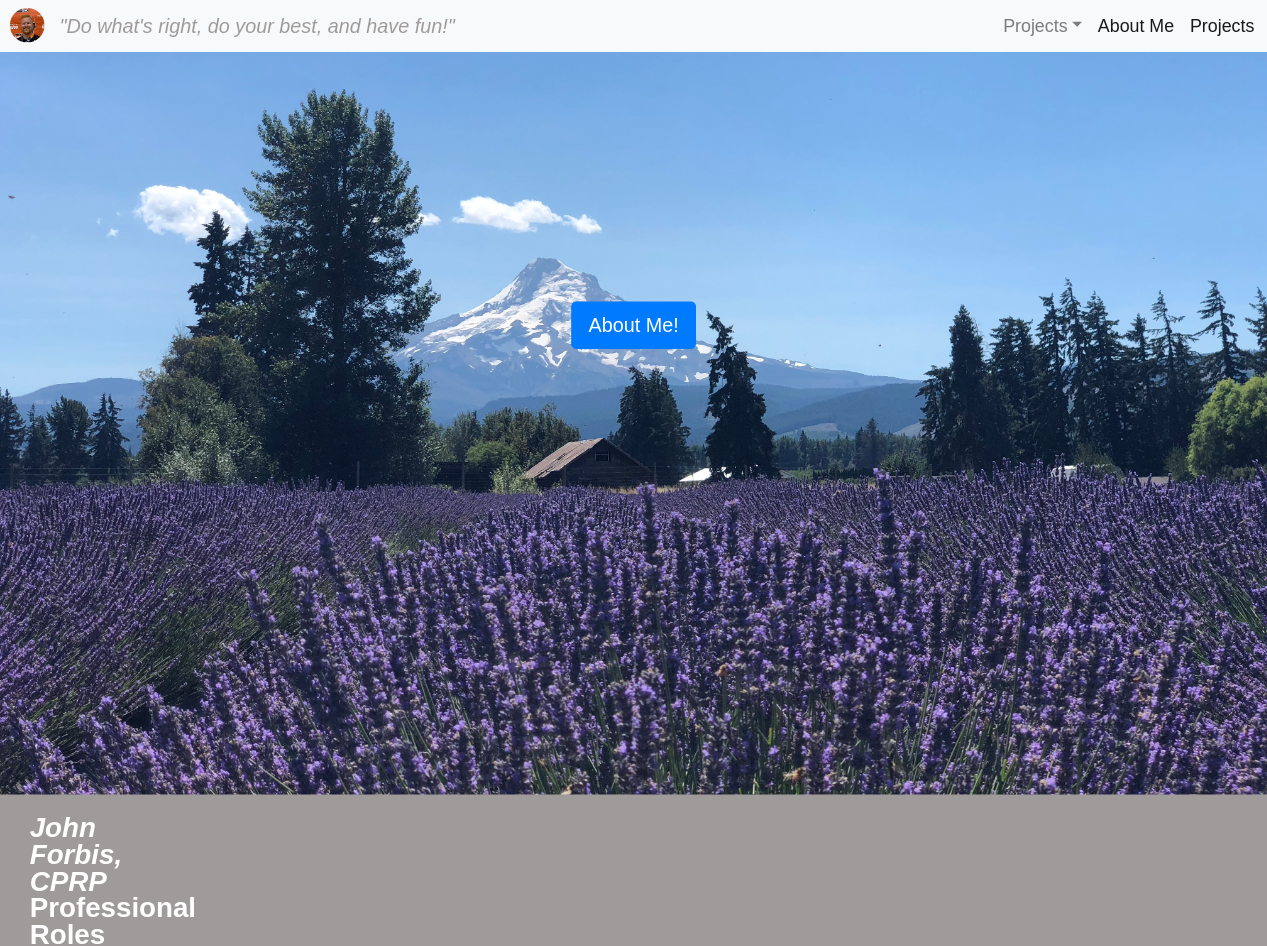
Repository: jforbis/john-forbis-data-analyst
Page: index.html
These files come from the project's save history. The page is drawn as it stood at one moment and after the next save; the edit follows.
The browser window is 1280 px wide. The pictures show the part of the page from y = 0 to 956 px (the page is 1868 px tall before and 1841 px after), at 99% of full size.
A picture or video elsewhere on the page could not be fetched, so the positions and the page height are approximate. Backgrounds fixed to the window are drawn as part of the page.

Above is the page before, as saved 2021-04-21 17:10:54.

### index.html
<!DOCTYPE html>
<html lang="en">

<head>
<meta charset="UTF-8">
<title class="text">John Forbis, CPRP</title>
<!--Bootstrap style sheet-->
<link rel="stylesheet" href="https://stackpath.bootstrapcdn.com/bootstrap/4.3.1/css/bootstrap.min.css" integrity="sha384-ggOyR0iXCbMQv3Xipma34MD+dH/1fQ784/j6cY/iJTQUOhcWr7x9JvoRxT2MZw1T" crossorigin="anonymous">
<!--link to style sheet-->
<link rel="stylesheet" type="text/css" href="static/css/style.css">
</head>

<!--Top Nav Bar-->
<nav class="navbar-expand-lg navbar-light bg-light nav-color navbar nav">
    <a class="navbar-brand" href="about_me.html">
        <img class="headshot-sm" src="resources/images/headshot.jpg">
    </a>
    <a class="navbar-brand" id="tagline" href="index.html"> <i>"Do what's right, do your best, and have fun!"</i></a>
    <button class="navbar-toggler" type="button" data-bs-toggle="collapse" data-bs-target="#navbarSupportedContent"
        aria-controls="navbarSupportedContent" aria-expanded="false" aria-label="Toggle navigation">
        <span class="navbar-toggler-icon"></span>
    </button>
    <div class="collapse navbar-collapse justify-content-end" id="navbarSupportedContent">
        <div class="nav navbar-nav navbar-right">
            <ul class="navbar-nav me-auto mb-2 mb-lg-0">
                <li class="nav-item dropdown">
                    <a class="nav-link dropdown-toggle" href="#" id="navbarDropdown" role="button"
                        data-bs-toggle="dropdown" aria-expanded="false">Projects</a>
                    <ul class="dropdown-menu" aria-labelledby="navbarDropdown">
                        <a class="dropdown-item" href="#">Schooling</a>
                        <a class="dropdown-item" href="#">Career</a>
                        <a class="dropdown-item" href="#">Accolades</a>
                    </ul>
                </li>
                <li class="nav-item active">
                    <a class="nav-link" href="#">About Me </a>
                </li>
                <li class="nav-item active">
                    <a class="nav-link" href="#">Projects </a>
                </li>
            </ul>
        </div>
    </div>
</nav>

<div class="wrapper">
    <!-- <nav class="navbar navbar-default">
        <div class="container-fluid">
        <div class="navbar-header">
            <!-- <a class="navbar-brand" href="index.html">UFO Sightings
            <img class="nav-ufo" src="resources/images/headshot.jpg">
            </a> -->
        <!-- </div>
        </div>
    </nav> -->
    <div class="hero text-center">
        <h1 class="text"><b>JOHN FORBIS, CPRP</b></h1>
        <p><a class="btn btn-primary btn-lg" href="#me" role="button">About Me!</a></p>
    </div>

<body>
    <div class="col-2" style="margin-top: 20px">
            <div class="col-md-2" id="me">
                <strong><i>John Forbis, CPRP</i></strong>
                <strong>Professional Roles</strong>
            </div>
    </div>
    <hr>
    <table>
        <tr>
            <td style="vertical-align:top;">
                <div class="card" style="width: 40rem; margin-top: 20px">
                    <div><img src="resources/images/headshot.jpg" class="headshot-md" alt="John Forbis"</div>
                    <div class="card-body">
                        <h5 class="card-title"><b>Who I Am:</b></h5>
                        <p class="card-text">
                        <div id="whoiam"><i><b>Data analyst with a passion for innovation, data analysis and keeping it fun!</b></i></div>
                        <br>
                        With a background in public service, facility management, and leadership of
                        muli-level teams as well as extensive training in both leadership and data analytics
                        through the Leadership Intensive program by The Changing Point and the University
                        of Kansas Data Analytics boot camp respectively, I would make a great addition
                        to any team. Acquired skills in: advanced Excel, Tableau, PowerBI, Python, Pandas, API calls,
                        SQL, Java Script, flask app, and Machine Learning.
                        <br><br>
                        I enjoy a good problem needing solved
                        and love to utilize data to tell the story. I am a proven innovator in my
                        career with a ‘can-do’ mindset; always searching for new and better solutions.
                        </p>
                    <a target=blank href="https://www.linkedin.com/in/john-forbis-cprp-96921513/" class="btn btn-primary">Connect with me!</a>
                    </div>
                </div>
            </td>
            <td style="vertical-align:bottom">
                <div class="second_card" style="width: 40rem;">
                        <div class="card-body">
                            <table style="margin-top: 39px">
                                <tr>
                                <td>
                                    <div class="career-card" style="width: 18rem;">
                                        <img class="card-img-career" src="resources/images/cp.png" alt="CivicPlus">
                                        <div class="career-card-body">
                                        <h5 class="career-title">CivicPlus</h5>
                                        <p class="career-text">Implementation Consultant</p>
                                        <a target=new href="https://www.civicplus.com/" class="btn btn-primary">Learn about CivicPlus</a>
                                        </div>
                                    </div>
                                </td>
                                    <td>
                                        <div class="career-card" style="width: 18rem;">
                                            <img class="card-img-career" src="resources/images/Lenexa.jpg" alt="City of Lenexa" style="padding: 28.6px">
                                            <div class="career-card-body">
                                            <h5 class="career-title">City of Lenexa</h5>
                                            <p class="career-text">Rec Center Manager</p>
                                            <a target=new href="https://www.lenexa.com/government/departments___divisions/recreation_center" class="btn btn-primary">Learn about LRC</a>
                                            </div>
                                        </div>
                                    </td>
                                </tr>
                                <tr>
                                    <td>Member Services Supervisor
                                        <a href="visualizations/cloudiness.html">
                                            <img src="Resources/assets/images/Fig3.png" class="card-img-top" alt="...">
                                    </a>
                                    </td>
                                    <td>Recreation Services Manager
                                        <a href="visualizations/windspeed.html">
                                            <img src="Resources/assets/images/Fig3.png" class="card-img-top" alt="...">
                                        </a>
                                    </td>
                                </tr>
                                <tr>
                                    <td>Recreation Specialist
                                        </br>
                                        </br>
                                        </br>
                                        </br>
                                        </br>
                                        </br>
                                        </br>
                                        </br>
                                        </br>
                                    </td>
                                </tr>
                                <tr>
                                    <td></td>
                                </tr>
                                <tr>
                                    <td></td>
                                </tr>
                                <tr>
                                    <td></td>
                                </tr>
                                <tr>
                                    <td></td>
                                </tr>
                                <tr>
                                    <td></td>
                                </tr>
                                <tr>
                                    <td></td>
                                </tr>
                            </table>
                        </div>
                </div>
            </td>
        </tr>
    </table>
</div>
</body>

<!--<table>
    <tr>
      <th>Month</th>
      <th>Savings</th>
    </tr>
    <tr>
      <td>January</td>
      <td>$100</td>
    </tr>
    <tr>
      <td>February</td>
      <td>$80</td>
    </tr>
    <tr>
      <td colspan="2">Sum: $180</td>
    </tr>
  </table>-->

### static/css/style.css
/* Styling for HTML elements */
body {
padding: 0;
margin: 0;
font-family: Georgia, "Times New Roman", Times, serif;
font-size: 18px;
line-height: 150%;
color: rgb(255, 255, 255);
background: #9f9b9b;
}

.container {
    width: 2000px;
}

.row {
    width: 1125px;
}

.vert1 {
    border-left: thick solid #ffffff;
}

#me {
    font-size: 28px;
    text-align: left;
}

#pr {
    font-size: 28px;
    text-align: center;
}

#career-img {
    width: 30px;
}
.dropdown {
position: relative;
display: inline-block;
}

.dropdown-menu {
display: none;
position: absolute;
background-color: #f9f9f9;
min-width: 160px;
box-shadow: 0px 8px 16px 0px rgba(0,0,0,0.2);
padding: 12px 16px;
z-index: 1;
}

.dropdown:hover .dropdown-menu {
display: block;
}

h1 {
padding: 15px;
margin: 10px;
color: white
}

h3 {
margin-left: 35px;
color: white;
font-size: 16px
}

hr {
height: 12px;
background-color: white
}

.card {
color: #9f9b9b;
font-size: 14px;
margin-left: 40px;
margin-top: top;
border-color: #9f9b9b;
vertical-align: text-top
}

.card-body {
    margin-top: 100px;
}

.career-card-body {
    margin-top: 10px;
    padding: 20px;
}

.career-card {
    color: #9f9b9b;
    font-size: 14px;
    background-color: white;
    margin-top: top;
    margin-right: 20px;
    border-color: #9f9b9b;
    vertical-align: text-top;
    position: relative;
    display: flex;
    flex-direction: column;
    min-width: 0;
    word-wrap: break-word;
    background-clip: border-box;
    border: 1px solid rgba(0,0,0,.125);
    border-radius: .25rem;
    }

#whoiam {
    text-align: center;
    color: #70A6E4;
    font-size: 16px
}
.second_card {
margin-top: -140px;
margin-left: 40px
}

.card-img-top {
width: 50%;
height: auto;
}

.card-title {
font-size: 18px;
}

.career-text {
    text-align: center;
    font-size: 18px;
    font-style: italic;
}

h5.career-title {
    text-align: center;
}

.top_row {
position: sticky;
top: 0;
background-color: #353A3F;
}

.navbar-expand-lg navbar-light bg-light nav-color navbar nav {
position: sticky;
top: 0;
}

* {
box-sizing: border-box;
font-family: Ubuntu, sans-serif;
}

html,
body {
height: 100%;
padding: 0;
margin: 0;
}

/* The wrapper contains all of the page's content besides the footer, which is pushed to the bottom of the page */
.wrapper {
position: relative;
min-height: 100%;
padding-bottom: 130px;
overflow: auto;
}

/* The footer is positioned at the bottom of the page */
.footer {
position: absolute;
right: 0;
bottom: 0;
left: 0;
min-height: 100px;
background: #4e5d6c;
}

/* The code styles the text at the bottom of the footer */
.footer > .bottom {
position: absolute;
right: 0;
bottom: 0;
left: 0;
padding: 5px;
background: #1b3146;
}

.navbar {
padding: 5px;
margin: 0;
}

/* This CSS styles the photo in the navbar */
.headshot-sm {
position: absolute;
bottom: 10px;
left: 10px;
width: 35px;
color: white;
border-radius: 50%!important;
}

/* This CSS styles the photo in the 'Who I Am' card' */
.headshot-md {
    position: absolute;
    width: 20%;
    left: 20px;
    top: 20px;
    color: black;
    margin-bottom: 20px;
    border-radius: .25rem!important;
    }

.card-img-career{
    border-top-left-radius: calc(.25rem - 1px);
    border-top-right-radius: calc(.25rem - 1px);
    max-width: 80%;
    max-height: 100px;
    margin-left: auto;
    margin-right: auto;
    margin-top: 25px;
    /* position: relative;
    background-color: #FFFFFF;
    color: black;
    width: 250px;
    height: 250px;
    padding: 20px;
    display: inline-block;
    vertical-align: middle */
}


#tagline {
    position: absolute;
    left: 60px;
    font-family: verdana;
    color: #9f9b9b;
}

/* Adding styles to the aside and filter form */
.ufo-form {
margin-top: 50px;
}

.filters .panel-body {
padding: 0;
}

.filters {
margin-top: 10px;
}

select {
display: block;
width: 100%;
padding: 8px;
color: #8e979f;
outline: none;
}

#table-area th {
text-align: center;
}

#table-area th:first-child,
#table-area th:nth-child(2),
#table-area th:nth-child(6) {
min-width: 70px;
}

.loader {
margin-top: 50px;
}

.margin-top-50 {
margin-top: 50px;
}

/* The styles for the parallax */
.hero {
position: relative;
height: 750px;
padding: 10px;
margin: 0;
background-image: url("../../resources/images/IMG_1779.jpg");
background-attachment: fixed;
background-position: bottom center;
background-size: cover;
}

.hero h1 {
margin-top: 200px;
font-size: 0.1rem;
animation: title 1.2s forwards linear;
}

.hero p {
font-size: 2rem;
opacity: 0;
animation: subtitle 1.2s forwards linear;
animation-delay: 1.2s;
}

/* input placeholder color changes */
/* .form-control::-webkit-input-placeholder {
/* Chrome/Opera/Safari */
/* color: #8e979f; */
/* } */ */

/* .form-control::-moz-placeholder { */
/* Firefox 19+ */
/* color: #8e979f; */
/* } */

/* .form-control:-ms-input-placeholder { */
/* IE 10+ */
/* color: #8e979f; */
}

/* .form-control:-moz-placeholder { */
/* Firefox 18- */
/* color: #8e979f;
} */

/* media queries which will only be activated at specific screen sizes */
@media (max-width: 800px) {
#table-area td {
    font-size: 1em;
}
}

@media (max-width: 500px) {
#table-area thead {
    display: none;
}

#table-area tr td:first-child {
    font-size: 1.8em;
    font-weight: bold;
    background: #1b3146;
}

#table-area tr td:last-child {
    margin-bottom: 20px;
}

#table-area tr td:last-child::after {
    display: block;
    width: 100%;
    height: 1px;
    margin-top: 20px;
    content: " ";
    background: aliceblue;
}

#table-area td {
    font-size: 1.25em;
}

#table-area tbody td {
    display: block;
    text-align: center;
}

#table-area tbody td::before {
    display: block;
    font-size: 1.4em;
    font-weight: bold;
    text-align: center;
    content: attr(data-th);
}

.hero h1 {
    animation: smaller-title 1.2s forwards linear;
}
}

/* keyframe animations which will be used to animate the title */
@keyframes title {
from {
    opacity: 0;
}

to {
    font-size: 7.5rem;
    opacity: 1;
}
}

@keyframes smaller-title {
from {
    opacity: 0;
}

to {
    font-size: 5.5rem;
    opacity: 1;
}
}

@keyframes subtitle {
from {
    opacity: 0;
}

to {
    opacity: 1;
}
}

After the next save:
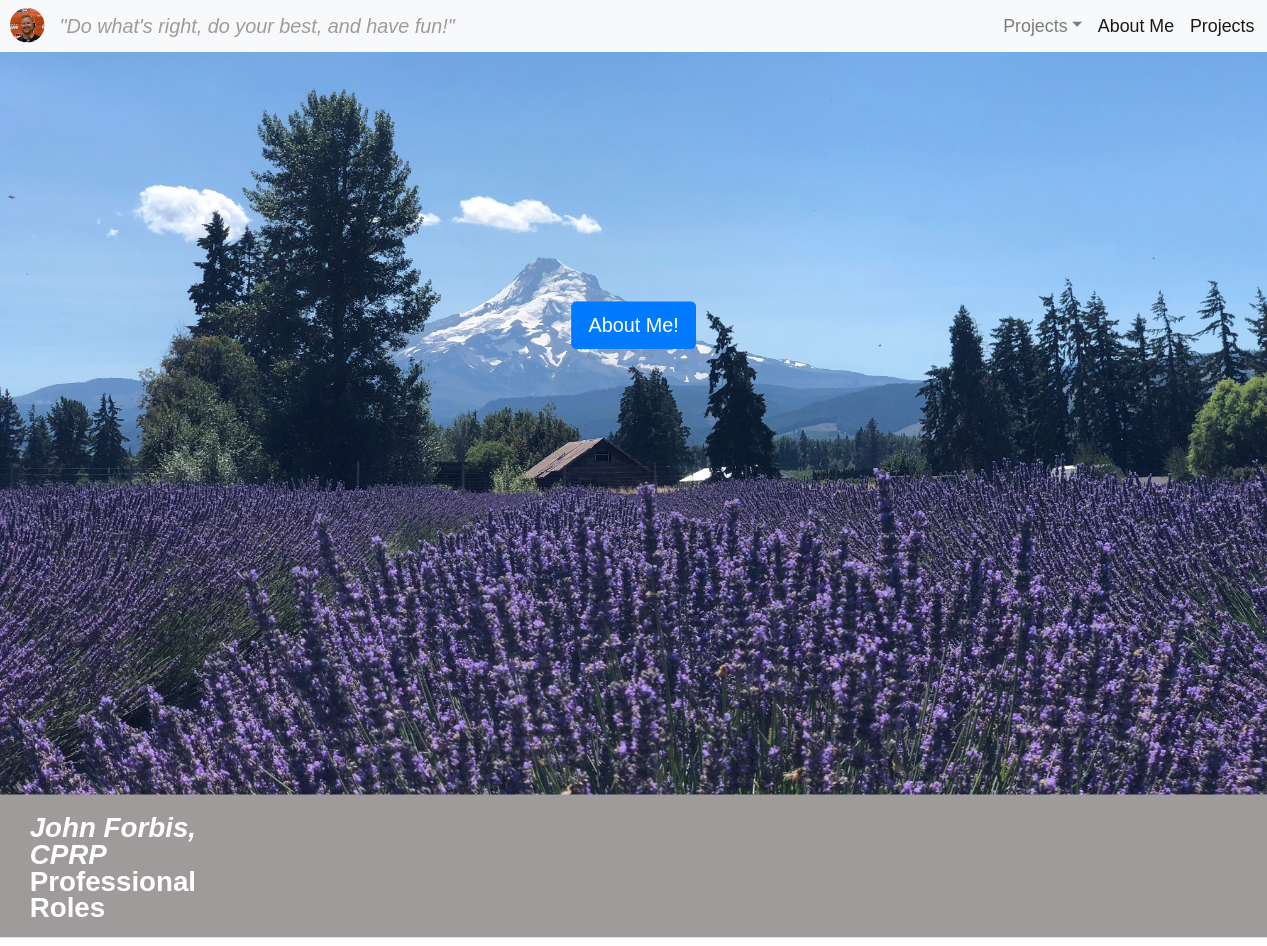
Saved 41 s later.
--- a/index.html
+++ b/index.html
@@ -59,7 +59,7 @@
     </div>
 
 <body>
-    <div class="col-2" style="margin-top: 20px">
+    <div class="col-12" style="margin-top: 20px">
             <div class="col-md-2" id="me">
                 <strong><i>John Forbis, CPRP</i></strong>
                 <strong>Professional Roles</strong>
